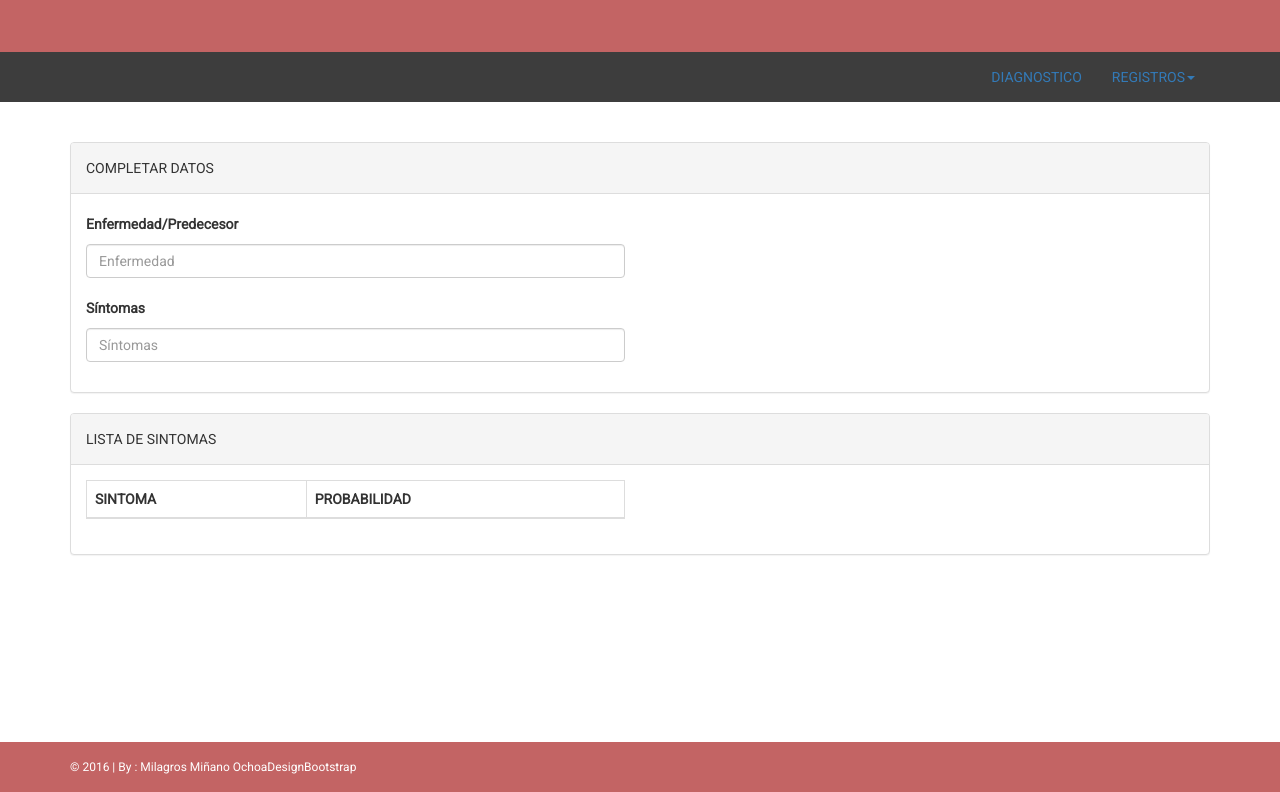
Repository: Mili10/PROYECTOII
Page: http://localhost/Capa_Presentación/frmRegistroSintoma.jsp
An editor plug-in stored every save of this project. The page is shown before and after the next save, followed by the edit.
The browser window is 1280 px wide. The pictures show the whole page.
The page is served by Tomcat 9.

Above is the page before, as saved 2016-05-16 06:18:26.

### sistema_experto_web/Capa_Presentación/WebContent/frmRegistroSintoma.jsp
<%@ page language="java" contentType="text/html; charset=ISO-8859-1"
    pageEncoding="ISO-8859-1"%>
<!DOCTYPE html PUBLIC "-//W3C//DTD HTML 4.01 Transitional//EN" "http://www.w3.org/TR/html4/loose.dtd">
<html>
<head>
<meta http-equiv="Content-Type" content="text/html; charset=ISO-8859-1">
<title>Insert title here</title>
	<link href="Plantilla/css/bootstrap.css" rel="stylesheet" />
    <link href="Plantilla/css/font-awesome.css" rel="stylesheet" />
    <link href="Plantilla/css/style.css" rel="stylesheet" />
</head>
<body>
	<jsp:include page="includes/masterHeader.jsp"></jsp:include>
	<div class="content-wrapper">
		<div class="container">
			<div class="panel panel-default">
	             <div class="panel-heading">
	               COMPLETAR DATOS
	             </div>
	              <div class="row">
		             <div class="panel-body">
		             	<div class="col-md-6">
						  <form>
						  <div class="form-group">
						    <label for="exampleInputEmail1">Enfermedad/Predecesor</label>
						    <input type="text" class="form-control" placeholder="Enfermedad">
						  </div>
						  <div class="form-group">
						    <label for="exampleInputPassword1">Síntomas</label>
						    <input type="text" class="form-control" placeholder="Síntomas">
						  </div>

						 </form>
						</div>
					  </div>
				  </div>
	         </div>

	         <div class="panel panel-default">
	             <div class="panel-heading">
	               LISTA DE SINTOMAS
	             </div>
	              <div class="row">
		             <div class="panel-body">
		              <div class="col-md-6">
		             	<div class="table-responsive">
                                <table class="table table-striped table-bordered table-hover">
                                    <thead>
                                        <tr>
                                            <th>SINTOMA</th>
                                            <th>PROBABILIDAD</th>
                                        </tr>
                                    </thead>
                                    <tbody>

                                    </tbody>
                                </table>
                            </div>
                         </div>
					  </div>
				  </div>
	         </div>

	      </div>
      </div>


	<jsp:include page="includes/masterFooter.jsp"></jsp:include>

	<script src="Plantilla/js/jquery-1.11.1.js"></script>
    <script src="Plantilla/js/bootstrap.js"></script>
</body>
</html>

### sistema_experto_web/Capa_Presentación/WebContent/includes/masterHeader.jsp
    <div class="navbar navbar-inverse set-radius-zero">
        <div class="container">
            <div class="navbar-header">
                <button type="button" class="navbar-toggle" data-toggle="collapse" data-target=".navbar-collapse">
                    <span class="icon-bar"></span>
                    <span class="icon-bar"></span>
                    <span class="icon-bar"></span>
                </button>
                <a class="navbar-brand" href="index.html">

                </a>

            </div>

        </div>
    </div>
    <!-- LOGO HEADER END-->
    <section class="menu-section">
        <div class="container">
            <div class="row">
                <div class="col-md-12">
                    <div class="navbar-collapse collapse">
                        <ul class="nav navbar-nav navbar-right">
                            <li><a href="frmCuestionario.jsp">DIAGNOSTICO</a></li>
                            <li class="dropdown">
                            	<a href="#" class="dropdown-toggle" data-toggle="dropdown" role="button" aria-haspopup="true" aria-expanded="false">REGISTROS<span class="caret"></span></a>
                            	<ul class="dropdown-menu">
						            <li><a href="frmRegistroSintoma.jsp" role="button">SINTOMA</a></li>
						        </ul>
                            </li>
                        </ul>
                    </div>
                </div>

            </div>
        </div>
    </section>

### sistema_experto_web/Capa_Presentación/WebContent/includes/masterFooter.jsp
<!-- CONTENT-WRAPPER SECTION END-->
    <footer>
        <div class="container">
            <div class="row">
                <div class="col-md-12">
                    &copy; 2016 | By : Milagros Miñano Ochoa<a href="http://www.designbootstrap.com/" target="_blank">DesignBootstrap</a>
                </div>

            </div>
        </div>
    </footer>

### sistema_experto_web/Capa_Presentación/WebContent/Plantilla/css/style.css

/*=============================================================
    Authour URL: www.designbootstrap.com

    http://www.designbootstrap.com/

    License: MIT

    http://opensource.org/licenses/MIT

    100% Free To use For Personal And Commercial Use.

    IN EXCHANGE JUST TELL PEOPLE ABOUT THIS WEBSITE

========================================================  */


/* =============================================================
   GENERAL STYLES
 ============================================================ */

@import url(http://fonts.googleapis.com/css?family=Roboto); /* FREE GOOGLE FONT */

body {
    font-family: 'Roboto', sans-serif;
    line-height: 30px;
}

.set-radius-zero {
    border-radius: 0px;
    -moz-border-radius: 0px;
    -webkit-border-radius: 0px;
}

.content-wrapper {
    margin-top: 40px;
    min-height: 600px;
    padding-bottom: 60px;
}

.page-head-line {
    font-weight: 900;
    padding-bottom: 20px;
    border-bottom: 2px solid #F0677C;
    text-transform: uppercase;
    color: #F0677C;
    font-size: 20px;
    margin-bottom: 40px;
}

.btn {
    border-radius: 0px;
    -webkit-border-radius: 0px;
    -moz-border-radius: 0px;
}

.progress {
    height: 8px;
    border-radius: 0px;
    -webkit-border-radius: 0px;
    -moz-border-radius: 0px;
}
.login-icon {
    height: 60px;
width: 60px;
padding: 13px;
border-radius: 50%;
font-size: 30px;
margin-bottom: 20px;
color: #fff;
text-align: center;
cursor:pointer;
background-color:#F0677C;
-webkit-border-radius:50%;
    -moz-border-radius:50%;
}
/* =============================================================
   HEADER SECTION STYLES
 ============================================================ */
header {
    background-color: #F0677C;
    color: #fff;
    padding: 10px;
    text-align: right;
}


/* =============================================================
   LOGO SECTION STYLES
 ============================================================ */
.left-div {
    padding-left: 30px;
    margin-top: 40px;
    margin-bottom: 30px;
}

.navbar-brand {
    width: 250px;
    padding-top: 30px;
}

/* USER SETTINGS DIV */
.user-settings-wrapper .nav > li > a {
    position: relative;
    display: block;
    padding: 15px 18px;
    border-radius: 50%;
    -webkit-border-radius: 50%;
    -moz-border-radius: 50%;
    height: 60px;
    width: 60px;
    background-color: #F0677C;
    color: #fff;
}

.user-settings-wrapper {
    margin-top: 10px;
}

    .user-settings-wrapper li {
        display: inline-block;
    }

    .user-settings-wrapper .dropdown-settings {
        width: 200px;
        padding: 10px;
    }

    .user-settings-wrapper .nav > li > a:hover,.user-settings-wrapper .nav > li > a:focus {
        text-decoration: none;
        background-color: #C36464!important;
    }

    .user-settings-wrapper img {
        height: 64px;
        width: 64px;
        border: 1px solid #000000;
    }

    .user-settings-wrapper .dropdown-menu {
        margin: 0px;
        border-radius: 0px!important;
        -moz-border-radius: 0px!important;
        -webkit-border-radius: 0px!important;
    }

    .user-settings-wrapper .btn {
        border-radius: 0px!important;
        -moz-border-radius: 0px!important;
        -webkit-border-radius: 0px!important;
    }

    .user-settings-wrapper .media-heading {
        padding-top: 10px;
    }

/* MENU LINKS SECTION*/

.menu-section {
    background-color: #3D3D3D;
}

#menu-top a {
    color: #FFF;
    text-decoration: none;
    font-weight: 500;
    padding: 10px 10px 10px 10px;
    text-transform: uppercase;
}

.menu-top-active {
    background-color: #C36464;
}

.menu-section .nav > li > a:hover,.menu-section .nav > li > a:focus {
    background-color: #F0677C!important;
}

.menu-section .dropdown-menu > li > a:hover,.menu-section .dropdown-menu > li > a:focus {
    background-color: #F0677C!important;
}

.navbar-inverse {
    background-color: #C36464;
    border-color: transparent;
}

.navbar-toggle {
    background-color: #F0677C;
    border: 1px solid #fff;
}

.navbar {
    margin-bottom: 0px;
}
/* =============================================================
   FOOTER SECTION STYLES
 ============================================================ */
footer {
    padding: 10px;
    color: #fff;
    font-size: 12px;
    background-color: #C36464;
}

    footer a, footer a:hover {
        color: #fff;
        text-decoration: none;
    }

/*==============================================
    DASHBOARD  STYLES
 =============================================*/

/* DASHBOARD ICONS */

.bk-clr-one {
    background-color: #B9B739;
}

.bk-clr-two {
    background-color: #F94C4C;
}

.bk-clr-three {
    background-color: #119c7e;
}

.bk-clr-four {
    background-color: #b739b9;
}

.dashboard-div-icon {
    height: 75px;
    width: 75px;
    border: 2px solid #fff;
    padding: 20px;
    border-radius: 50%;
    -webkit-border-radius:50%;
    -moz-border-radius:50%;
    font-size: 30px;
    margin-bottom: 20px;
    color: #fff;
}

.dashboard-div-wrapper {
    border-radius: 5px;
    text-align: center;
    padding: 15px;
    color: #fff;
    margin-bottom: 50px;
}

    .dashboard-div-wrapper .progress {
        height: 2px;
    }

/* NOTICE BOARD */


.notice-board .panel {
    border-radius: 0px;
    -webkit-border-radius: 0px;
    -moz-border-radius: 0px;
}

.notice-board ul {
    padding-left: 0px;
    list-style: none;
}

.notice-board li {
    padding: 10px;
    border-bottom: 1px solid #E5E5E5;
}

    .notice-board li span {
        margin-right: 10px;
        border: 1px solid #DBDBDB;
        padding: 5px;
    }

    .notice-board li a, li a:hover {
        text-decoration: none;
        color: #000;
    }

/* SOCIAL BUTTONS */
.btn-social {
    color: white;
    opacity: 0.8;
}

    .btn-social:hover {
        color: white;
        opacity: 1;
        text-decoration: none;
    }

.btn-facebook {
    background-color: #3b5998;
}

.btn-twitter {
    background-color: #00aced;
}

.btn-linkedin {
    background-color: #0e76a8;
}

.btn-google {
    background-color: #c32f10;
}

Loaded but not shown: sistema_experto_web/Capa_Presentación/WebContent/Plantilla/css/bootstrap.css (library); sistema_experto_web/Capa_Presentación/WebContent/Plantilla/css/font-awesome.css (library); sistema_experto_web/Capa_Presentación/WebContent/Plantilla/js/jquery-1.11.1.js (library); sistema_experto_web/Capa_Presentación/WebContent/Plantilla/js/bootstrap.js (library)

After the next save:
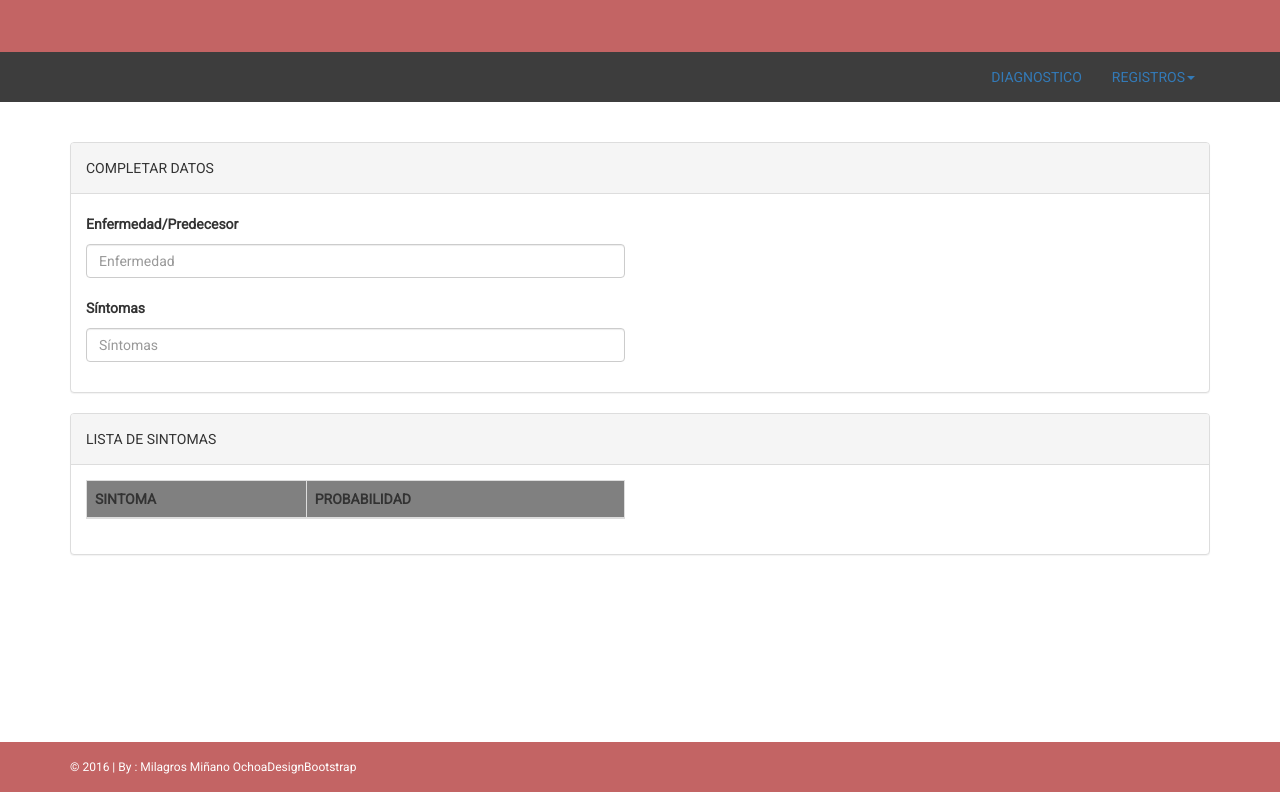
Saved 3 min 42 s later.
--- a/sistema_experto_web/Capa_Presentación/WebContent/frmRegistroSintoma.jsp
+++ b/sistema_experto_web/Capa_Presentación/WebContent/frmRegistroSintoma.jsp
@@ -45,7 +45,7 @@
 		              <div class="col-md-6">
 		             	<div class="table-responsive">
                                 <table class="table table-striped table-bordered table-hover">
-                                    <thead>
+                                    <thead style="background: grey">
                                         <tr>
                                             <th>SINTOMA</th>
                                             <th>PROBABILIDAD</th>
